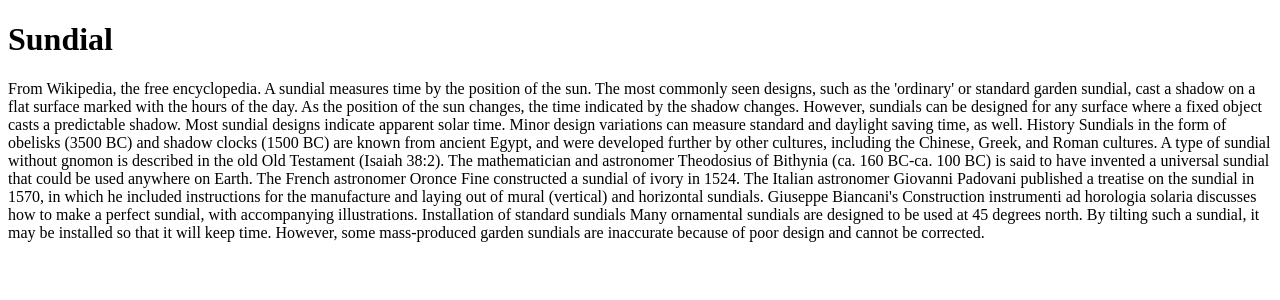
Repository: 9-5-pursuit/lab-intro-to-html
Page: sundial.html
These files come from the project's save history. The page is drawn as it stood at one moment and after the next save; the edit follows.
The browser window is 1280 px wide. The pictures show the whole page.

Above is the page before, as saved 2023-02-27 16:12:43.

### sundial.html
<!DOCTYPE html>
<html lang="en">
  <head>
    <meta charset="UTF-8" />
    <meta http-equiv="X-UA-Compatible" content="IE=edge" />
    <meta name="viewport" content="width=device-width, initial-scale=1.0" />
    <title>Sundial</title>
  </head>
  <body>
    <header>
      <h1>Sundial</h1>

    </header>
      From Wikipedia, the free encyclopedia.
      A sundial measures time by
    the position of the sun. The most commonly seen designs, such as the
    'ordinary' or standard garden sundial, cast a shadow on a flat surface
    marked with the hours of the day. As the position of the sun changes, the
    time indicated by the shadow changes. However, sundials can be designed for
    any surface where a fixed object casts a predictable shadow. Most sundial
    designs indicate apparent solar time. Minor design variations can measure
    standard and daylight saving time, as well. History Sundials in the form of
    obelisks (3500 BC) and shadow clocks (1500 BC) are known from ancient Egypt,
    and were developed further by other cultures, including the Chinese, Greek,
    and Roman cultures. A type of sundial without gnomon is described in the old
    Old Testament (Isaiah 38:2). The mathematician and astronomer Theodosius of
    Bithynia (ca. 160 BC-ca. 100 BC) is said to have invented a universal
    sundial that could be used anywhere on Earth. The French astronomer Oronce
    Fine constructed a sundial of ivory in 1524. The Italian astronomer Giovanni
    Padovani published a treatise on the sundial in 1570, in which he included
    instructions for the manufacture and laying out of mural (vertical) and
    horizontal sundials. Giuseppe Biancani's Construction instrumenti ad
    horologia solaria discusses how to make a perfect sundial, with accompanying
    illustrations. Installation of standard sundials Many ornamental sundials
    are designed to be used at 45 degrees north. By tilting such a sundial, it
    may be installed so that it will keep time. However, some mass-produced
    garden sundials are inaccurate because of poor design and cannot be
    corrected.
  </body>
</html>

After the next save:
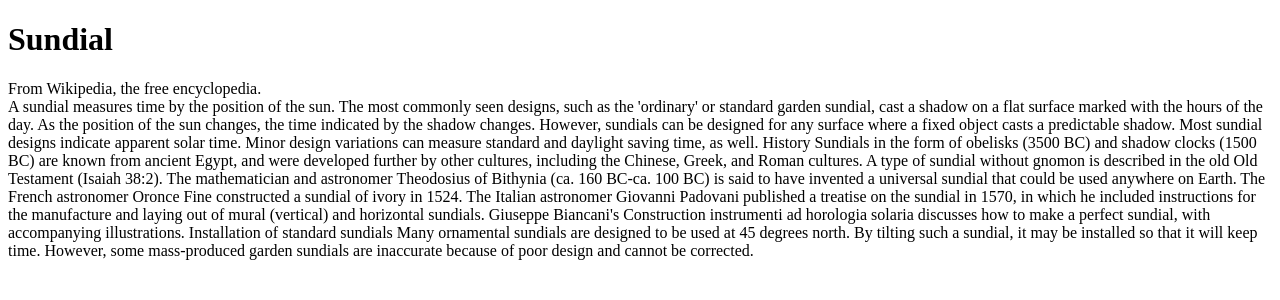
Saved 6 s later.
--- a/sundial.html
+++ b/sundial.html
@@ -10,8 +10,8 @@
     <header>
       <h1>Sundial</h1>
 
+      From Wikipedia, the free encyclopedia.
     </header>
-      From Wikipedia, the free encyclopedia.
       A sundial measures time by
     the position of the sun. The most commonly seen designs, such as the
     'ordinary' or standard garden sundial, cast a shadow on a flat surface
